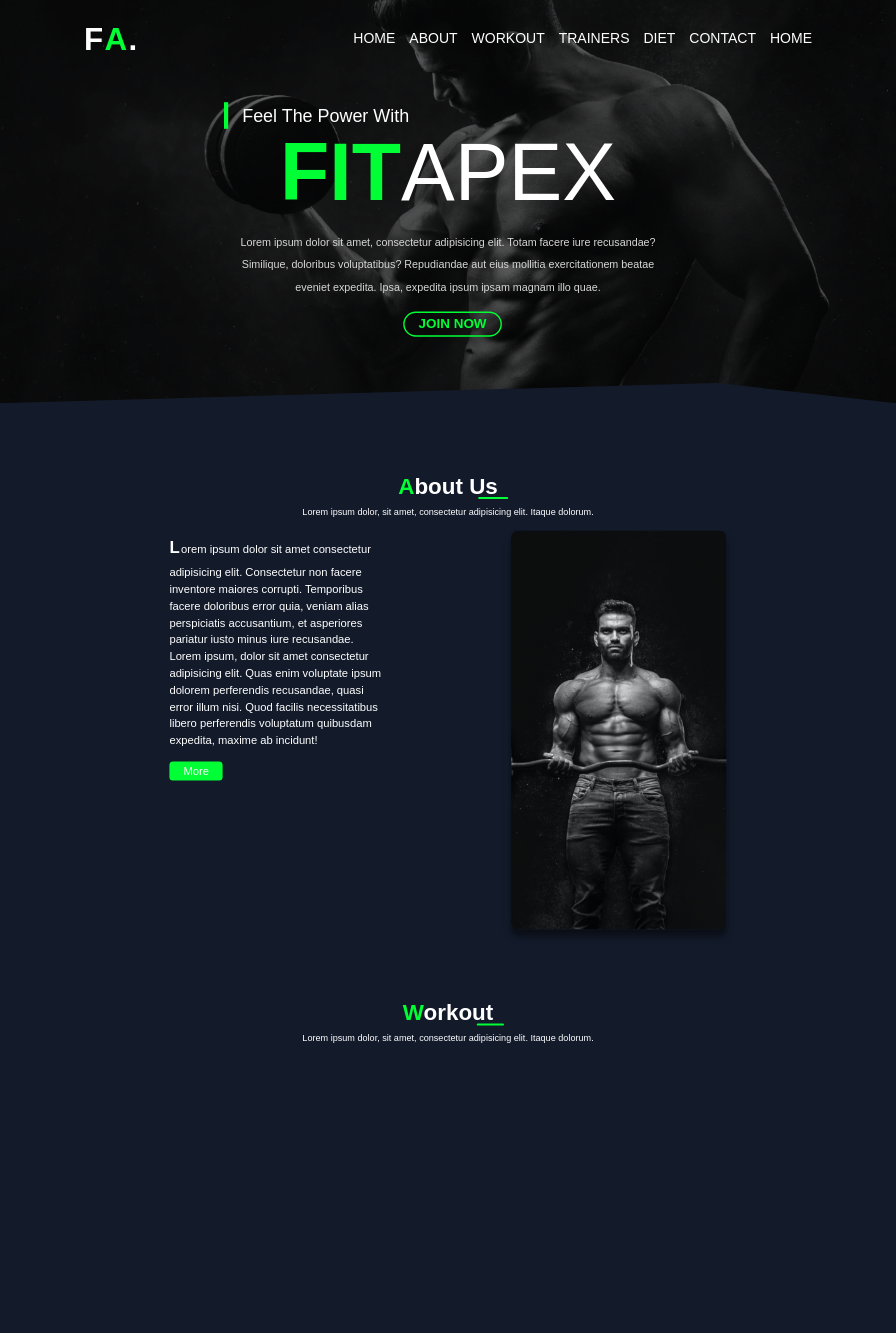
Repository: guilhermecardoso93/fitapex
Page: index.html
The author's editor kept a copy of each file at every save. The page is drawn from the files as they stood at one save, then again after the next save.
The browser window is 1280 px wide. The pictures show the whole page, at 70% of full size.

Above is the page before, as saved 2023-03-07 20:16:05.

### index.html
<!DOCTYPE html>
<html lang="pr-BR">
  <head>
    <meta charset="UTF-8" />
    <meta http-equiv="X-UA-Compatible" content="IE=edge" />
    <meta name="viewport" content="width=device-width, initial-scale=1.0" />
    <link rel="stylesheet" href="styles.css" />
    <link
      rel="stylesheet"
      href="https://cdnjs.cloudflare.com/ajax/libs/font-awesome/4.7.0/css/font-awesome.css"
    />
    <title>F.A GYM</title>
  </head>
  <body>
    <div class="navbar">
      <a href="#" class="logo">F<b>A</b>.</a>
      <ol>
        <li>
          <a href="#home">home</a>
        </li>
        <li>
          <a href="#about">about</a>
        </li>
        <li>
          <a href="#workout">workout</a>
        </li>
        <li>
          <a href="#trainers">trainers</a>
        </li>
        <li>
          <a href="#diet">diet</a>
        </li>
        <li>
          <a href="#contact">contact</a>
        </li>
        <li>
          <a href="#home">home</a>
        </li>
      </ol>
    </div>

    <section id="home" class="home view">
      <div class="highlights">
        <h3>feel the power with</h3>
        <h1><b>FIT</b>APEX</h1><br>
        <p class="tagline">
          Lorem ipsum dolor sit amet, consectetur adipisicing elit. Totam facere iure recusandae? Similique, doloribus voluptatibus? Repudiandae aut eius mollitia exercitationem beatae eveniet expedita. Ipsa, expedita ipsum ipsam magnam illo quae.
        </p>
        <button class="join">join now</button>
      </div>
      <div class="banner"/>
    </section>

    <section id="about" class="about view">
      <div class="main">
        <h2><span>A</span>bout Us</h2>
        <h6>Lorem ipsum dolor, sit amet, consectetur adipisicing elit. Itaque dolorum.</h6>
      </div>
      <div class="content">
        <div class="cols">
          <p><b>L</b>orem ipsum dolor sit amet consectetur adipisicing elit. Consectetur non facere inventore maiores corrupti. Temporibus facere doloribus error quia, veniam alias perspiciatis accusantium, et asperiores pariatur iusto minus iure recusandae. Lorem ipsum, dolor sit amet consectetur adipisicing elit. Quas enim voluptate ipsum dolorem perferendis recusandae, quasi error illum nisi. Quod facilis necessitatibus libero perferendis voluptatum quibusdam expedita, maxime ab incidunt! </p>
          <a href="#">more</a>
        </div>
        <div class="cols">
          <div class="box">
            <img src="./assets/about.jpg" alt="">
          </div>
        </div>
      </div>
    </section>

    <section id="workout" class="workout view">
      <div class="main">
        <h2><span>W</span>orkout</h2>
        <h6>Lorem ipsum dolor, sit amet, consectetur adipisicing elit. Itaque dolorum.</h6>
      </div>
    </section>
  </body>
</html>

### styles.css
@import url("https://fonts.googleapis.com/css2?family=Poppins:wght@400;500&display=swap");

@import "./css/_navbar.css";
@import "./css/_home.css";
@import "./css/_about.css";

* {
  margin: 0;
  padding: 0;
  box-sizing: border-box;
  font-family: "Poppisns", sans-serif;
  outline: none;
  color: #fff;
}

:root {
  --prime: #00ff34;
}

body {
  background-color: #131b2b;
}


.view {
  width: 100%;
  min-height: 80vh;
  position: relative;
}

### css/_navbar.css

.navbar {
  width: 100%;
  display: flex;
  position: fixed;
  padding: 30px 120px;
  background-color: transparent;
  justify-content: space-between;
  z-index: 1111;
  transition: 0.5s ease;
}

.logo {
  font-size: 2.8em;
  font-weight: 800;
  letter-spacing: 2px;
  text-transform: uppercase;
  text-decoration: none;
}

.logo B{
  color: var(--prime);
}

ol {
  display: flex;
  margin: auto 0;
}

ol li {
  list-style: none;
  margin-left: 20px;
}

ol li a {
  font-size: 20px;
  font-weight:500;
  text-transform: uppercase;
  text-decoration: none;
}

ol li:hover a {
  color: var(--prime);
}

### css/_home.css
.home {
  display: flex;
  min-height: 120vh;
  align-items: center;
  justify-content: center;
  clip-path: polygon(0 0, 100% 0, 100% 100%, 80% 95%, 0 100%);
}

.banner {
  height: 100%;
  width: 100%;
  position: absolute;
  background: url("../assets/banner.jpg");
  background-size: cover;
  background-position: center;
  filter: brightness(40%);
}

.highlights {
  width: 50%;
  position: relative;
  display: inline-block;
  justify-content: center;
  z-index: 11;
}

.highlights h3 {
  display: inline;
  font-size: 2vw;
  padding: 5px 20px;
  font-weight: lighter;
  text-transform: capitalize;
  border-left: 6px solid var(--prime);
}

.highlights h1 {
  font-size: 9vw;
  text-align: center;
  font-weight: normal;
}

.highlights b {
  color: var(--prime);
  font-weight: 800;
  font-family: sans-serif;
}

.highlights .tagline {
  color: #d7d7d7;
  font-size: 1.2vw;
  text-align: center;
  font-weight: normal;
  line-height: 32px;
}

.highlights .join {
  position: absolute;
  left: 40%;
  margin-top: 1.2rem;
  padding: 5px 20px;

  transform: tanslateX(-500%);
  font-weight: 800;
  font-size: 1.5vw;
  text-transform: uppercase;

  color: var(--prime);
  border: 2px solid var(--prime);
  border-radius: 50px;
  background: transparent;

  transition: 0.3s ease;
}

.highlights .join:hover {
  color: #fff;
  cursor: pointer;
  letter-spacing: 1.5px;
  background: var(--prime);
}

### css/_about.css
.main {
  width: 100%;
  text-align: center;
  padding-bottom: 20px;
}

.main h2 {
  font-size: 2.5vw;
  position: relative;
  text-align: center;
  padding-top: 100px;
  display: inline-block;
}

span {
  color: var(--prime);
}

.main h2:before {
  position: absolute;
  content: "";
  background: var(--prime);
  height: 3px;
  width: 30%;
  right: -15px;
  bottom: 0;
  border-radius: 50px;
}

.main h6 {
  margin-top: 10px;
  font-size: 13px;
  font-family: sans-serif;
  font-weight: lighter;
}

.content {
  position: relative;
  display: flex;
  width: 100%;
  padding: 0 30px;
  justify-content: center;
  line-height: 1.5em;
}

.about .content .cols {
  position: relative;
  width: 100%;
  max-width: 40%;
  height: 100%;
  padding: 0px 90px;
}

.about .content .cols p b {
  font-size: 24px;
  margin-right: 2px;
  line-height: 2;
}

.about .content .cols a {
  position: relative;
  top: 20px;
  color: #fff;
  background-color: var(--prime);
  padding: 5px 20px;
  border-radius: 5px;
  text-decoration: none;
  text-weight: 500;
  text-transform: capitalize;
}

.about .content .cols a:hover {
  color: #000;
  background: #fff;
}

.about .content .cols .box {
  position: relative;
  height: 570px;
  box-shadow: 0 10px 10px rgba(0, 0, 0, 0.5);
  border-radius: 10px;
}

.about .content .cols .box img {
  position: absolute;
  top: 0;
  left: 0;
  height: 100%;
  width: 100%;
  object-fit: cover;
  border-radius: 10px;
}

After the next save:
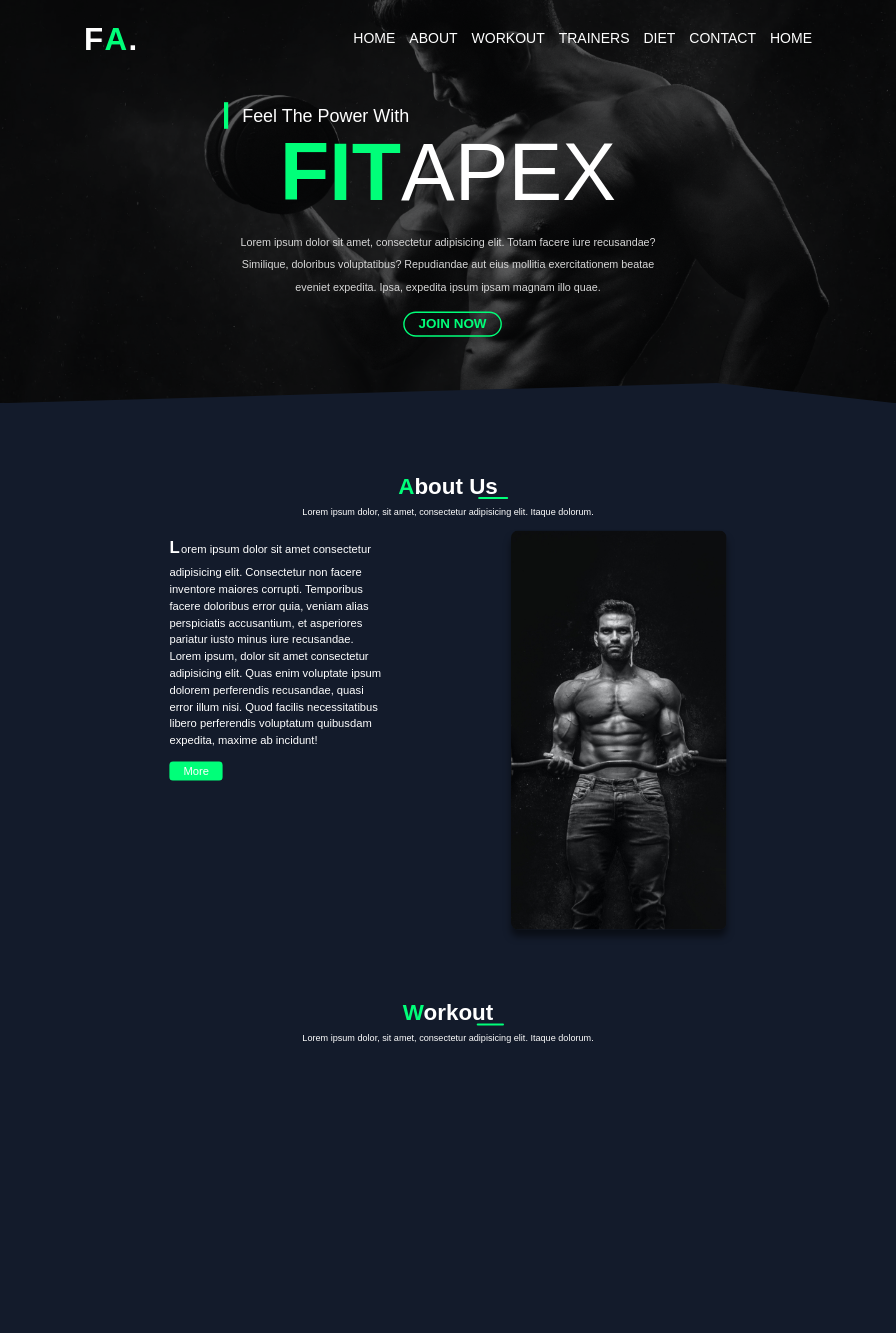
Saved 51 s later.
--- a/styles.css
+++ b/styles.css
@@ -14,7 +14,7 @@
 }
 
 :root {
-  --prime: #00ff34;
+  --prime: #00ff79;
 }
 
 body {
